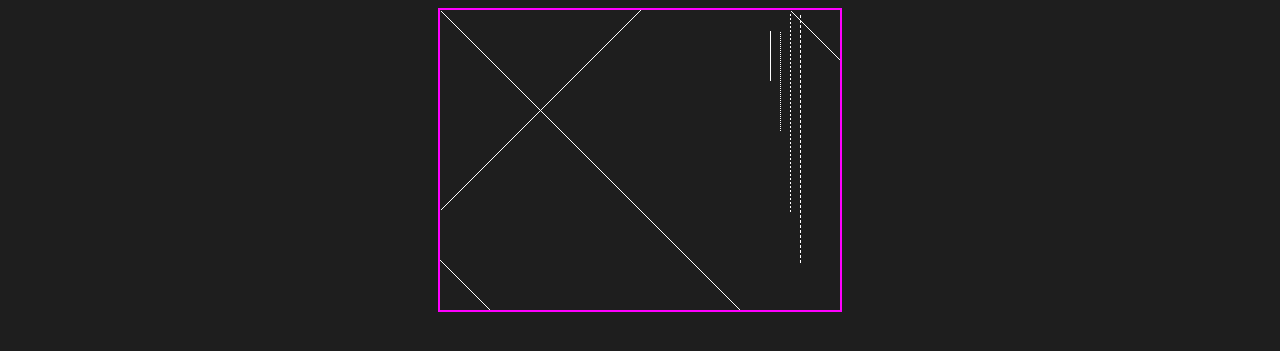
Repository: StarLightGX/miao
Page: paint.html
The author's editor kept a copy of each file at every save. The page is drawn from the files as they stood at one save, then again after the next save.
The browser window is 1280 px wide. The pictures show the whole page.

Above is the page before, as saved 2020-11-12 20:06:02.

### paint.html
<!DOCTYPE html>
<html lang="en">
  <head>
    <meta charset="UTF-8" />
    <title>画图</title>
    <style>
      html {
        background-color: rgb(30, 30, 30);
      }
      canvas {
        border: 2px solid #f0f;
        display: block;
        margin: auto;
      }
    </style>
  </head>
  <body>
    <canvas width="400" height="300"></canvas>
  </body>
  <script>
    var canvas = document.querySelector("canvas");
    canvas.style.imageRendering = "pixelated";
    var ctx = canvas.getContext("2d");

    function dot(x, y, color = "white") {
      x = x | 0;
      y = y | 0;
      ctx.fillStyle = color;
      ctx.fillRect(x, y, 1, 1);
    }

    function line(x1, y1, x2, y2) {
      ctx.strokeStyle = "black";
      ctx.moveTo(x1, y1);
      ctx.lineTo(x2, y2);
      ctx.stroke();
    }
    /**
   * YOUR TASK
画图的题：
画一条实线
画一条一个实点一个空点的虚线
画一条两个实点两个空点的虚线
画一条三个实点两个空点的虚线
画一条45度的斜线
画一条30度的斜线（选做）
在四个角画分别画一条45度的斜线以让画面看起来像一个相框
画一条跨越画布左上角和右下角的对角线
画一个空心矩形
画一个实心矩形
画一个rgb色彩空间的某一面
画一个空心的圆
画一个实心的圆
画一个大小合适的sin(x)的图像
   */
  </script>
  <script>
    // YOUR CODE GOES BELOW
    var x = 1;
    var y = 1;
    var i = 0;

    // 画一条实线
    y = 20;
    for (i = 0; i < 50; i++) {
      y = y + 1;
      x = 330;
      dot(x, y);
    }

    // 画一条一个实点一个空点的虚线
    y = 20;
    for (i = 0; i < 50; i++) {
      y = y + 2;
      x = 340;
      dot(x, y);
    }

    // 画一条两个实点两个空点的虚线

    for (i = 0; i < 50; i++) {
      y = 4 * (i + 1);
      x = 350;
      dot(x, y);
    }

    for (i = 0; i < 50; i++) {
      y = 4 * (i + 1) + 1;
      x = 350;
      dot(x, y);
    }

    // 画一条三个实点两个空点的虚线

    for (i = 0; i < 50; i++) {
      y = 5 * (i + 1);
      x = 360;
      dot(x, y);
    }

    for (i = 0; i < 50; i++) {
      y = 5 * (i + 1) + 1;
      x = 360;
      dot(x, y);
    }

    for (i = 0; i < 50; i++) {
      y = 5 * (i + 1) + 2;
      x = 360;
      dot(x, y);
    }

    // 画一条45度的斜线
    y = 0;
    for (i = 0; i < 1050; i++) {
      y = y + 1;
      x = y;
      dot(x, y);
    }
    // 画一条30度的斜线（选做）
    y = 0;
    for (i = 0; i < 1050; i++) {
      y = y + 1;
      x = y;
      dot(x, y);
    }
    // 在四个角画分别画一条45度的斜线以让画面看起来像一个相框
    y = 0;
    for (i = 0; i < 1050; i++) {
      y = y + 1;
      x = y;
      dot(x - 250, y);
    }
    y = 0;
    for (i = 0; i < 1050; i++) {
      y = y + 1;
      x = y;
      dot(x + 350, y);
    }
    y = 0;
    for (i = 0; i < 1050; i++) {
      y = y + 1;
      x = -y;
      dot(y, x + 200);
    }

    // 画一条跨越画布左上角和右下角的对角线
    // 画一个空心矩形
    // 画一个实心矩形
    // 画一个rgb色彩空间的某一面
    // 画一个空心的圆
    // 画一个实心的圆
    // 画一个大小合适的sin(x)的图像
  </script>
</html>

After the next save:
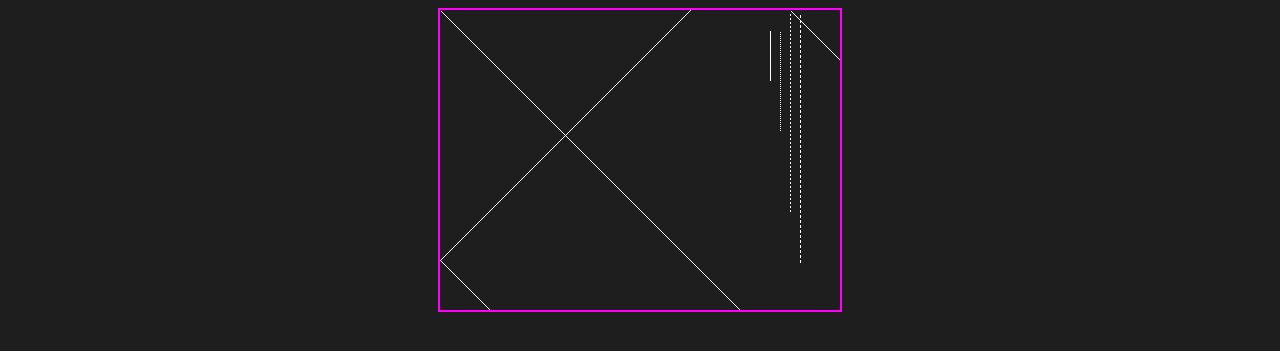
Saved 29 s later.
--- a/paint.html
+++ b/paint.html
@@ -141,7 +141,13 @@
     for (i = 0; i < 1050; i++) {
       y = y + 1;
       x = -y;
-      dot(y, x + 200);
+      dot(y, x + 250);
+    }
+    y = 0;
+    for (i = 0; i < 1050; i++) {
+      y = y + 1;
+      x = -y;
+      dot(y, x - 350);
     }
 
     // 画一条跨越画布左上角和右下角的对角线
